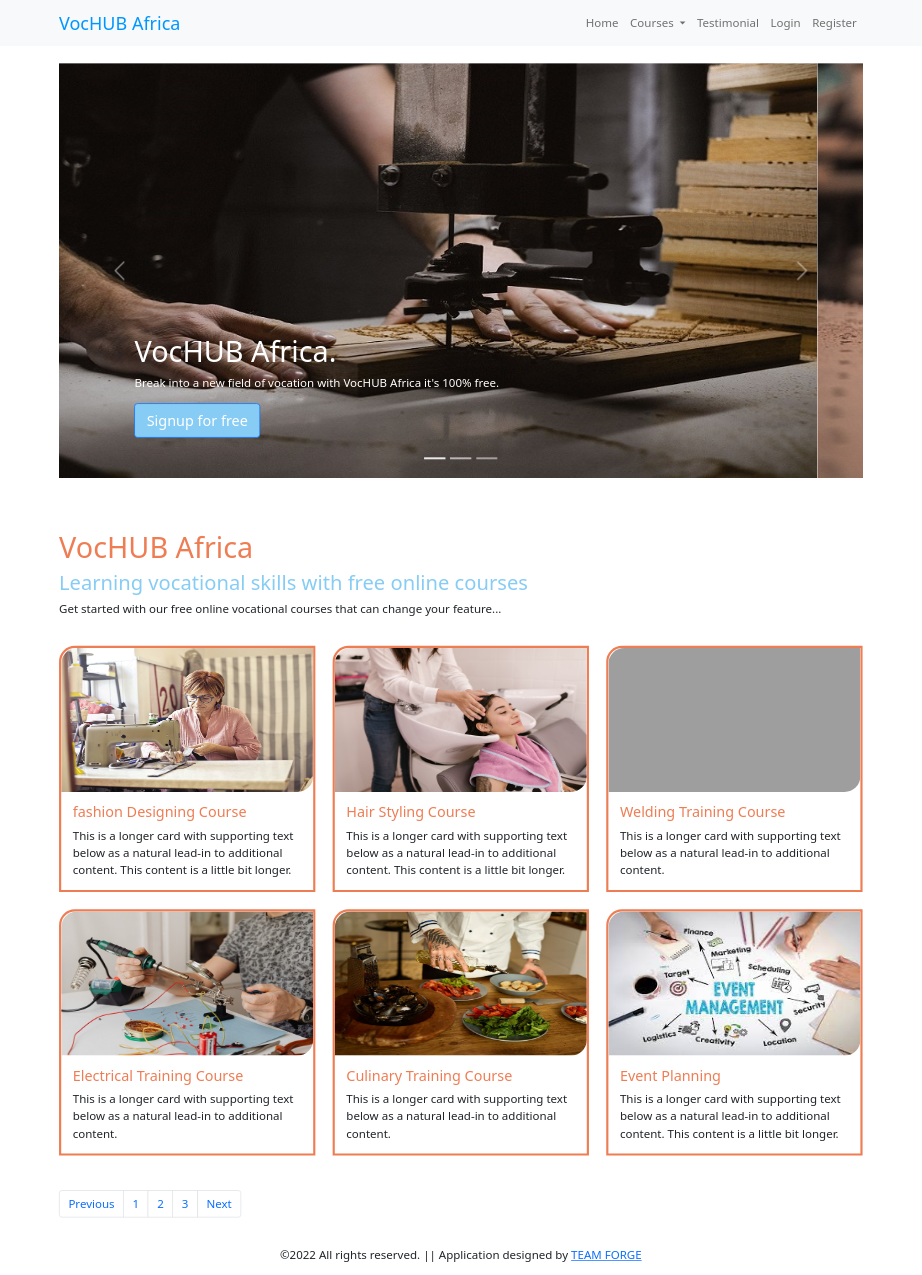
Repository: EKem01/VocHUB-Africa-Project
Page: / (app in client/)
An editor plug-in stored every save of this project. The page is shown before and after the next save, followed by the edit.
The browser window is 1280 px wide. The pictures show the whole page, at 72% of full size.
Pictures or frames that could not be fetched are drawn as grey boxes. The project was rebuilt for these pictures with package versions that can differ from the ones it lists, and the page was loaded fresh each time. Also part of the build but not shown: client/angular.json, client/src/app/components/login/login.component.ts, client/src/app/components/register/register.component.ts, client/src/app/components/courses/fashion-designing/fashion-designing.component.ts, client/src/app/components/courses/hair-styling/hair-styling.component.ts, client/src/app/components/dashboard/dashboard.component.ts, client/src/app/components/logout/logout.component.ts, client/src/app/components/mentorship/mentorship.component.ts.

Above is the page before, as saved 2022-06-13 23:19:47.

After the next save:
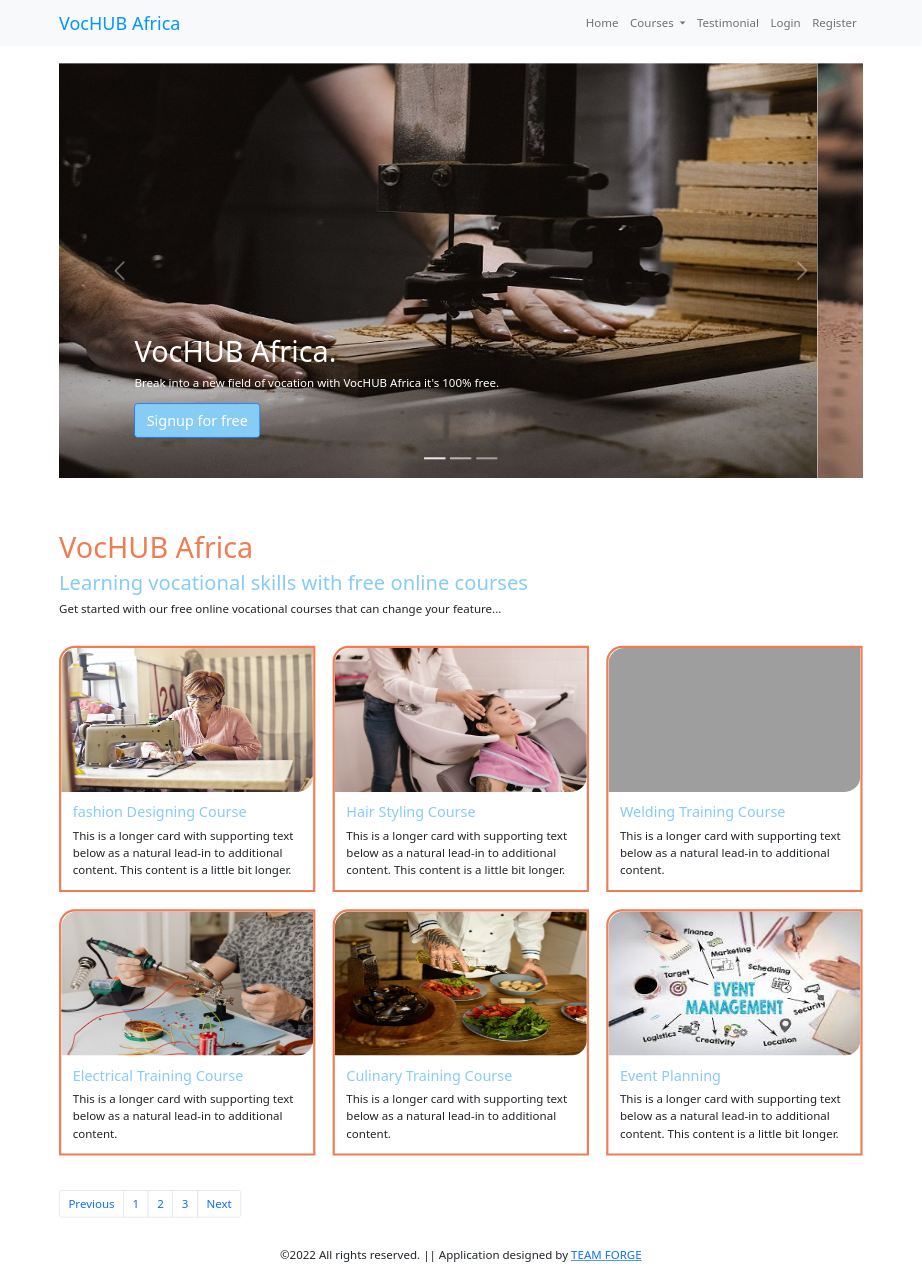
Saved 34 s later.
--- a/client/src/app/components/home/home.component.css
+++ b/client/src/app/components/home/home.component.css
@@ -21,5 +21,5 @@ img{
 }
 .course a{
     text-decoration: none;
-    color: rgb(238, 125, 84);
+    color: rgb(134, 204, 245);
 }
